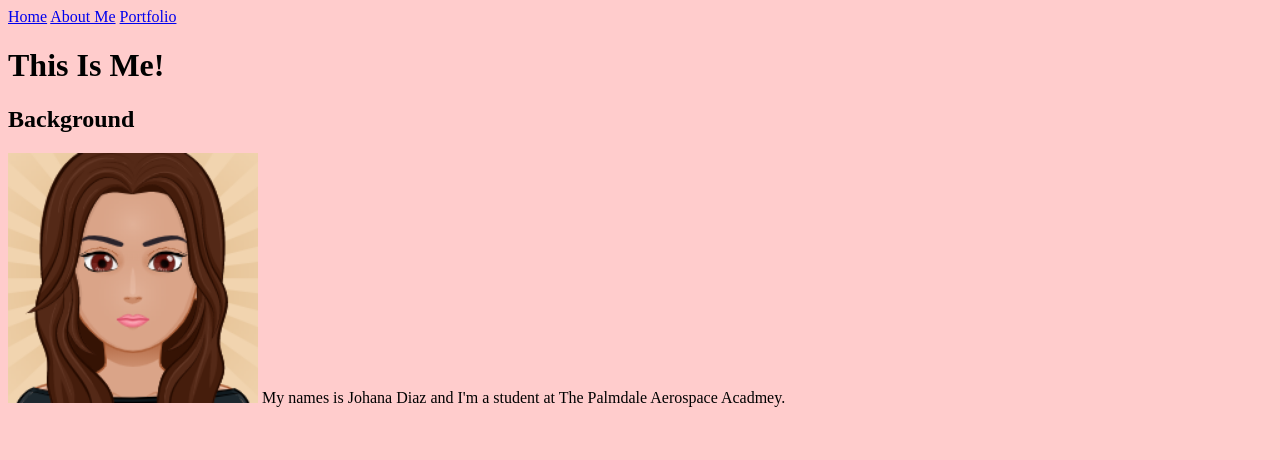
Repository: JDiaz463/JDiaz463.github.io
Page: my_website/aboutme.html
The author's editor kept a record of every edit. The page is drawn from the files as they stood at one moment, then again after the next edit.
The browser window is 1280 px wide. The pictures show the whole page.

Above is the page before.

### my_website/aboutme.html
<!doctype html>
	<html lang="en">
 <body style="background-color:hsl(0, 100%, 90%);">
	  <head>
	    <meta charset="utf-8">
	    <title>About Me</title>
	  </head>
	  <body>
    <a href="index.html">Home</a>
    <a href="aboutme.html">About Me</a>
    <a href="portfolio.html">Portfolio</a>
    <h1>This Is Me!</h1>
   <h2>Background</h2>
   <img src="images/myAvatar.png" height="250">
    <p1> My names is Johana Diaz and I'm a student at The Palmdale
        Aerospace Acadmey.</p1>
	  </body>
	</html>

After the next edit:
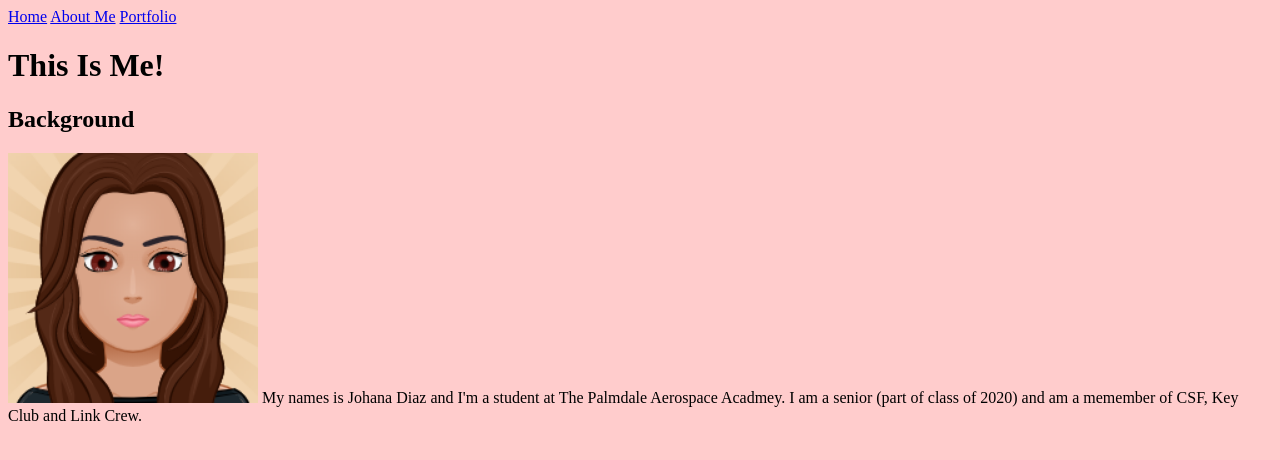
The edit:
--- a/my_website/aboutme.html
+++ b/my_website/aboutme.html
@@ -13,6 +13,7 @@
    <h2>Background</h2>
    <img src="images/myAvatar.png" height="250">
     <p1> My names is Johana Diaz and I'm a student at The Palmdale
-        Aerospace Acadmey.</p1>
+        Aerospace Acadmey. I am a senior (part of class of 2020) and
+        am a memember of CSF, Key Club and Link Crew. </p1>
 	  </body>
 	</html>
